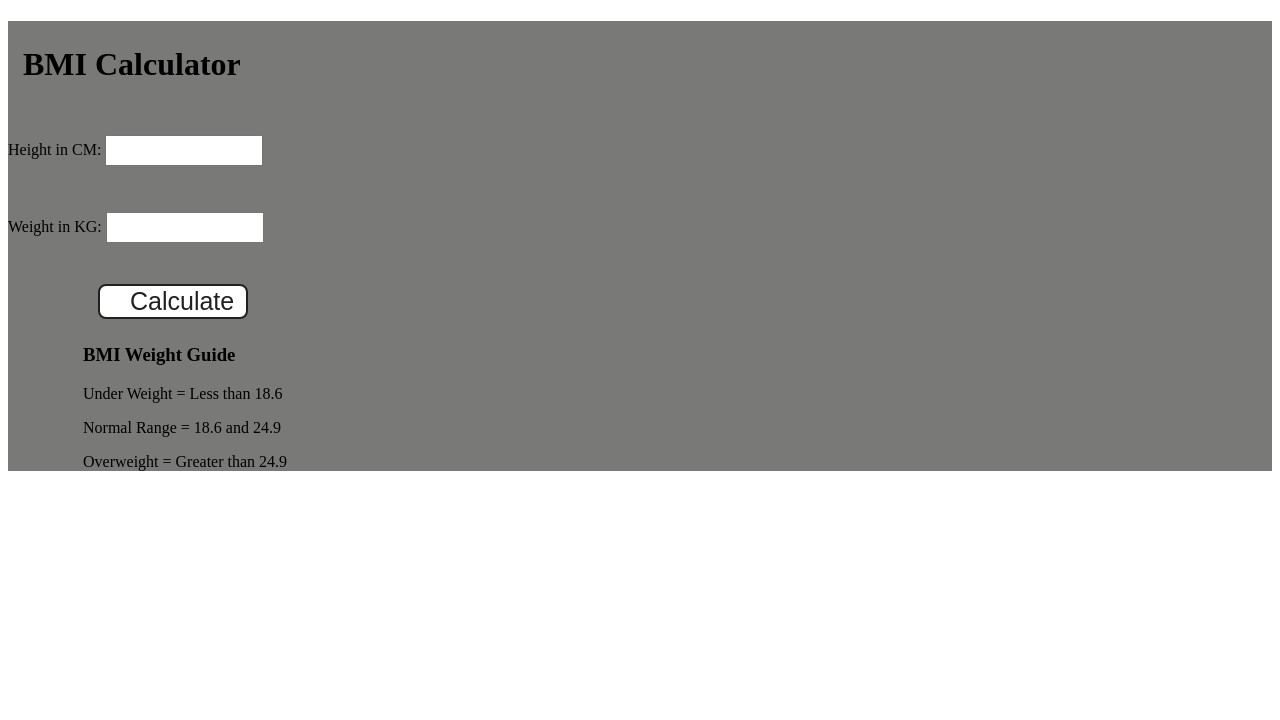
Repository: VishwaGoswami1407/JavaScript-Practice
Page: 07_projects/project2.html
These files come from the project's save history. The page is drawn as it stood at one moment and after the next save; the edit follows.
The browser window is 1280 px wide. The pictures show the whole page.

Above is the page before, as saved 2024-07-07 18:53:08.

After the next save:
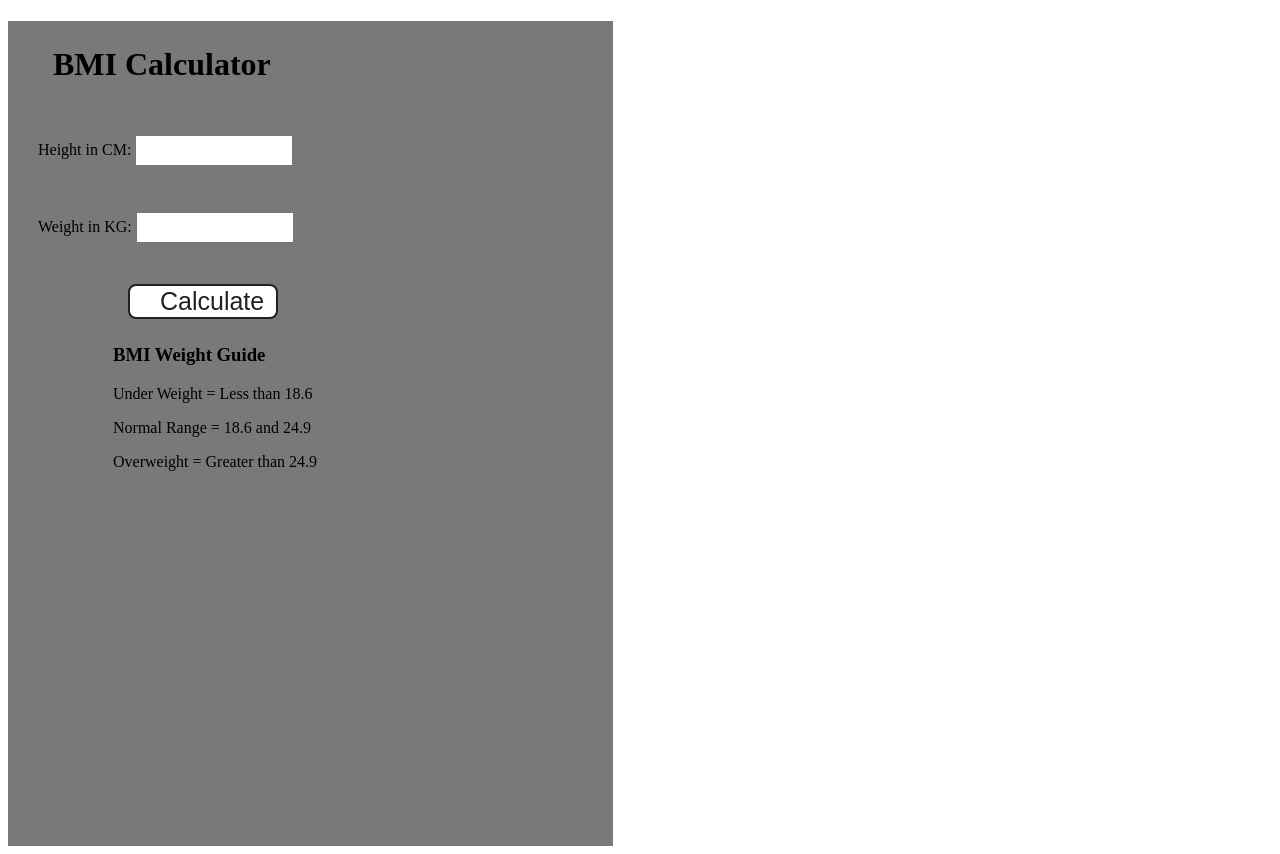
Saved 6 s later.
--- a/07_projects/style2.css
+++ b/07_projects/style2.css
@@ -1,8 +1,9 @@
 .container {
-
+    width: 575px;
+    height: 825px;
 
     background-color: #797978;
-    padding-left: 30px 5px;
+    padding-left: 30px;
   }
   #height,
   #weight {
